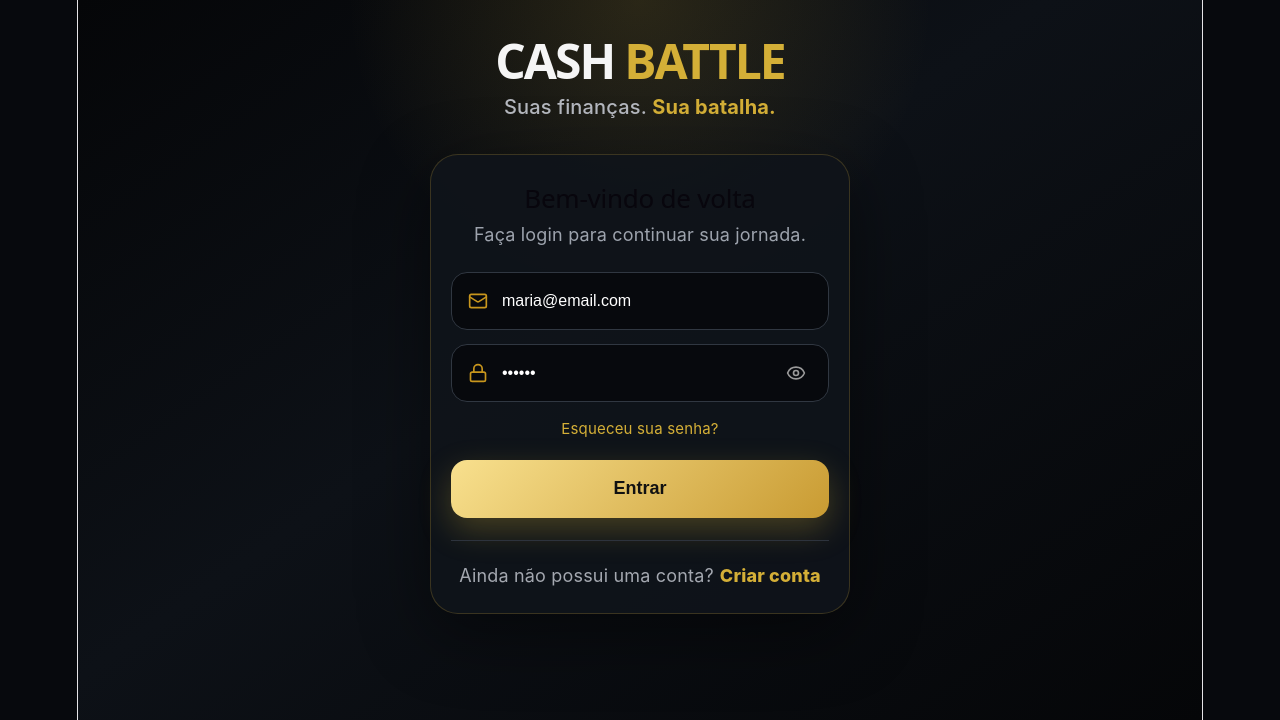
Repository: AxioDevStudio/CashBattle
Page: / (app in Frontend/)
An editor plug-in stored every save of this project. The page is shown before and after a run of saves, followed by the edit.
The browser window is 1280 px wide. The pictures show the whole page.
The project was rebuilt for these pictures with package versions that can differ from the ones it lists, and the page was loaded fresh each time. Also part of the build but not shown: Frontend/vite.config.js, Frontend/src/pages/Register.jsx, Frontend/src/pages/ForgotPassword.jsx, Frontend/src/pages/Dashboard.jsx.

Above is the page before, as saved 2026-06-26 13:32:02.

### Frontend/src/index.css
:root {
  --text: #6b6375;
  --text-h: #08060d;
  --bg: #fff;
  --border: #e5e4e7;
  --code-bg: #f4f3ec;
  --accent: #aa3bff;
  --accent-bg: rgba(170, 59, 255, 0.1);
  --accent-border: rgba(170, 59, 255, 0.5);
  --social-bg: rgba(244, 243, 236, 0.5);
  --shadow:
    rgba(0, 0, 0, 0.1) 0 10px 15px -3px, rgba(0, 0, 0, 0.05) 0 4px 6px -2px;

  --sans: system-ui, 'Segoe UI', Roboto, sans-serif;
  --heading: system-ui, 'Segoe UI', Roboto, sans-serif;
  --mono: ui-monospace, Consolas, monospace;

  font: 18px/145% var(--sans);
  letter-spacing: 0.18px;
  color-scheme: light dark;
  color: var(--text);
  background: var(--bg);
  font-synthesis: none;
  text-rendering: optimizeLegibility;
  -webkit-font-smoothing: antialiased;
  -moz-osx-font-smoothing: grayscale;

  @media (max-width: 1024px) {
    font-size: 16px;
  }
}

@media (prefers-color-scheme: dark) {
  :root {
    --text: #9ca3af;
    --text-h: #f3f4f6;
    --bg: #16171d;
    --border: #2e303a;
    --code-bg: #1f2028;
    --accent: #c084fc;
    --accent-bg: rgba(192, 132, 252, 0.15);
    --accent-border: rgba(192, 132, 252, 0.5);
    --social-bg: rgba(47, 48, 58, 0.5);
    --shadow:
      rgba(0, 0, 0, 0.4) 0 10px 15px -3px, rgba(0, 0, 0, 0.25) 0 4px 6px -2px;
  }

  #social .button-icon {
    filter: invert(1) brightness(2);
  }
}

body {
  margin: 0;
}

#root {
  width: 1126px;
  max-width: 100%;
  margin: 0 auto;
  text-align: center;
  border-inline: 1px solid var(--border);
  min-height: 100svh;
  display: flex;
  flex-direction: column;
  box-sizing: border-box;
}

h1,
h2 {
  font-family: var(--heading);
  font-weight: 500;
  color: var(--text-h);
}

h1 {
  font-size: 56px;
  letter-spacing: -1.68px;
  margin: 32px 0;
  @media (max-width: 1024px) {
    font-size: 36px;
    margin: 20px 0;
  }
}
h2 {
  font-size: 24px;
  line-height: 118%;
  letter-spacing: -0.24px;
  margin: 0 0 8px;
  @media (max-width: 1024px) {
    font-size: 20px;
  }
}
p {
  margin: 0;
}

code,
.counter {
  font-family: var(--mono);
  display: inline-flex;
  border-radius: 4px;
  color: var(--text-h);
}

code {
  font-size: 15px;
  line-height: 135%;
  padding: 4px 8px;
  background: var(--code-bg);
}

### Frontend/src/App.jsx
import { BrowserRouter, Routes, Route, Navigate } from "react-router-dom";

import Login from "./pages/Login";
import Register from "./pages/Register";
import ForgotPassword from "./pages/ForgotPassword";
import Dashboard from "./pages/Dashboard";

function App() {
    return (
        <BrowserRouter>
            <Routes>
                <Route path="/" element={<Navigate to="/login" />} />
                <Route path="/login" element={<Login />} />
                <Route path="/register" element={<Register />} />
                <Route path="/forgot-password" element={<ForgotPassword />} />
                <Route path="/dashboard" element={<Dashboard />} />
            </Routes>
        </BrowserRouter>
    );
}

export default App;

### Frontend/src/pages/Login.jsx
import { useState } from "react";
import { Link, useNavigate } from "react-router-dom";
import { Mail, Lock, Eye, EyeOff, Trophy } from "lucide-react";

import api from "../services/api";
import "../styles/login.css";

function Login() {
    const navigate = useNavigate();

    const [email, setEmail] = useState("maria@email.com");
    const [password, setPassword] = useState("123456");
    const [showPassword, setShowPassword] = useState(false);
    const [error, setError] = useState("");
    const [loading, setLoading] = useState(false);

    async function handleLogin(event) {
        event.preventDefault();

        setError("");
        setLoading(true);

        try {
            const response = await api.post("/auth/login", {
                email,
                password,
            });

            const { token, user } = response.data;

            localStorage.setItem("cashbattle_token", token);
            localStorage.setItem("cashbattle_user", JSON.stringify(user));

            navigate("/dashboard");
        } catch (err) {
            setError(err.response?.data?.error || "Não foi possível entrar.");
        } finally {
            setLoading(false);
        }
    }

    return (
        <main className="login-page">
            <section className="login-header">

                <h1 className="logo-title">
                    CASH <span>BATTLE</span>
                </h1>

                <p>
                    Suas finanças. <strong>Sua batalha.</strong>
                </p>
            </section>

            <section className="login-card">
                <h2>Bem-vindo de volta</h2>
                <p className="subtitle">Faça login para continuar sua jornada.</p>

                <form onSubmit={handleLogin}>
                    <div className="input-box">
                        <Mail size={20} className="input-icon" />

                        <input
                            type="email"
                            placeholder="Email"
                            value={email}
                            onChange={(e) => setEmail(e.target.value)}
                        />
                    </div>

                    <div className="input-box">
                        <Lock size={20} className="input-icon" />

                        <input
                            type={showPassword ? "text" : "password"}
                            placeholder="Senha"
                            value={password}
                            onChange={(e) => setPassword(e.target.value)}
                        />

                        <button
                            type="button"
                            className="eye-button"
                            onClick={() => setShowPassword(!showPassword)}
                        >
                            {showPassword ? <EyeOff size={20} /> : <Eye size={20} />}
                        </button>
                    </div>

                    <Link to="/forgot-password" className="forgot">
                        Esqueceu sua senha?
                    </Link>

                    {error && <span className="error">{error}</span>}

                    <button className="login-button" type="submit" disabled={loading}>
                        {loading ? "Entrando..." : "Entrar"}
                    </button>
                </form>

                <div className="divider">
                    <span></span>
                </div>

                <p className="create-account">
                    Ainda não possui uma conta?
                    <Link to="/register">Criar conta</Link>
                </p>
            </section>
        </main>
    );
}

export default Login;

### Frontend/src/services/api.js
import axios from "axios";

const api = axios.create({
    baseURL: "http://localhost:3001",
});

export default api;

### Frontend/src/styles/login.css
* {
    box-sizing: border-box;
}

body {
    margin: 0;
    font-family: Inter, Arial, Helvetica, sans-serif;
    background: #07090d;
    color: #ffffff;
}

.login-page {
    min-height: 100vh;
    padding: 36px 18px 22px;
    display: flex;
    flex-direction: column;
    align-items: center;
    background:
        radial-gradient(circle at top, rgba(212, 175, 55, 0.16), transparent 32%),
        linear-gradient(145deg, #050608 0%, #0d1117 45%, #050608 100%);
}

.login-header {
    width: 100%;
    max-width: 420px;
    text-align: center;
    margin-top: 12px;
}

.logo-badge {
    width: 92px;
    height: 92px;
    margin: 0 auto 18px;
    border-radius: 28px;
    display: flex;
    align-items: center;
    justify-content: center;
    font-size: 48px;
    color: #121212;
    background: linear-gradient(145deg, #f8e08e, #b88928);
    box-shadow: 0 18px 45px rgba(212, 175, 55, 0.22);
}

.logo-title {
    display: flex;
    justify-content: center;
    align-items: center;
    gap: 10px;

    margin: 0;

    font-size: 48px;
    font-weight: 900;
    letter-spacing: -2px;
    color: #f5f5f5;
}

.logo-title span {
    color: #d4af37;
}

.login-header p {
    margin: 18px 0 32px;
    color: #b5b8bf;
    font-size: 20px;
    font-weight: 500;
    line-height: 1.5;
}

.login-header p strong {
    color: #d4af37;
    font-weight: 700;
}

.login-card {
    width: 100%;
    max-width: 420px;
    padding: 28px 20px 24px;
    border-radius: 28px;
    background: rgba(16, 20, 27, 0.92);
    border: 1px solid rgba(212, 175, 55, 0.22);
    box-shadow: 0 20px 70px rgba(0, 0, 0, 0.45);
}

.login-card h2 {
    margin: 0;
    text-align: center;
    font-size: 26px;
}

.subtitle {
    text-align: center;
    color: #9da3ad;
    margin: 8px 0 24px;
}

.input-box {
    height: 58px;
    display: flex;
    align-items: center;
    gap: 12px;
    margin-bottom: 14px;
    padding: 0 16px;
    border-radius: 16px;
    border: 1px solid #303741;
    background: rgba(5, 7, 10, 0.8);
}

.input-box:focus-within {
    border-color: #d4af37;
    box-shadow: 0 0 0 3px rgba(212, 175, 55, 0.12);
}

.input-box span {
    color: #d4af37;
    font-size: 18px;
}

.input-box input {
    flex: 1;
    border: none;
    outline: none;
    background: transparent;
    color: #ffffff;
    font-size: 16px;
}

.input-box input::placeholder {
    color: #8f949d;
}

.forgot {
    width: 100%;
    margin: 4px 0 18px;
    border: none;
    background: none;
    color: #d4af37;
    font-size: 15px;
    cursor: pointer;
}

.brand-icon {
    width: 82px;
    height: 82px;

    margin: 0 auto 22px;

    border-radius: 22px;

    display: flex;
    align-items: center;
    justify-content: center;

    background: linear-gradient(
        135deg,
        #f4d06f,
        #c8961d
    );

    color: #111;

    box-shadow:
        0 12px 35px rgba(212,175,55,.25);
}

.input-icon {
    color: #c8961d;
    flex-shrink: 0;
}

.eye-button {
    border: none;
    background: transparent;
    cursor: pointer;

    display: flex;
    align-items: center;
    justify-content: center;

    color: #9a9a9a;
}

.eye-button:hover {
    color: #d4af37;
}

.create-account strong {
    cursor: pointer;
    margin-left: 6px;
}

.error {
    display: block;
    margin-bottom: 12px;
    color: #ff6b6b;
    text-align: center;
    font-size: 14px;
}

.login-button {
    width: 100%;
    height: 58px;
    border: none;
    border-radius: 16px;
    background: linear-gradient(135deg, #f8e08e, #c99b32);
    color: #111111;
    font-size: 18px;
    font-weight: 900;
    cursor: pointer;
    box-shadow: 0 12px 32px rgba(212, 175, 55, 0.28);
}

.login-button:disabled {
    opacity: 0.65;
    cursor: not-allowed;
}

.divider {
    margin: 22px 0 18px;
    display: flex;
    align-items: center;
    gap: 12px;
    color: #8f949d;
}

.divider span {
    flex: 1;
    height: 1px;
    background: #2d333d;
}

.divider p {
    margin: 0;
    font-size: 14px;
}

.social-buttons {
    display: grid;
    grid-template-columns: 1fr 1fr;
    gap: 12px;
}

.social-buttons button {
    height: 54px;
    border-radius: 15px;
    border: 1px solid #303741;
    background: rgba(5, 7, 10, 0.65);
    color: #ffffff;
    font-weight: 700;
    font-size: 15px;
}

.create-account {
    margin: 22px 0 0;
    text-align: center;
    color: #a4a8b0;
}

.create-account strong {
    color: #d4af37;
}

.features {
    width: 100%;
    max-width: 420px;
    margin-top: 26px;
    display: grid;
    grid-template-columns: repeat(3, 1fr);
    gap: 10px;
    text-align: center;
}

.features span {
    font-size: 26px;
}

.features h3 {
    margin: 8px 0 4px;
    font-size: 15px;
}

.features p {
    margin: 0;
    color: #9da3ad;
    font-size: 12px;
    line-height: 1.35;
}

.security {
    margin: 22px 0 0;
    color: #8f949d;
    font-size: 13px;
    text-align: center;
}

@media (max-width: 380px) {
    .login-header h1 {
        font-size: 40px;
    }

    .logo-badge {
        width: 78px;
        height: 78px;
        font-size: 40px;
    }

    .login-card {
        padding: 24px 16px;
    }
}

.create-account a {
    color: #d4af37;
    font-weight: 800;
    margin-left: 6px;
    text-decoration: none;
}

.create-account a:hover {
    text-decoration: underline;
}

.forgot {
    display: block;
    width: fit-content;
    margin: 4px auto 18px;
    border: none;
    background: none;
    color: #d4af37;
    font-size: 15px;
    text-decoration: none;
    cursor: pointer;
}

.success {
    display: block;
    margin-bottom: 12px;
    color: #62d394;
    text-align: center;
    font-size: 14px;
}

Loaded but not shown: Frontend/src/main.jsx (common file)

After the next 3 saves:
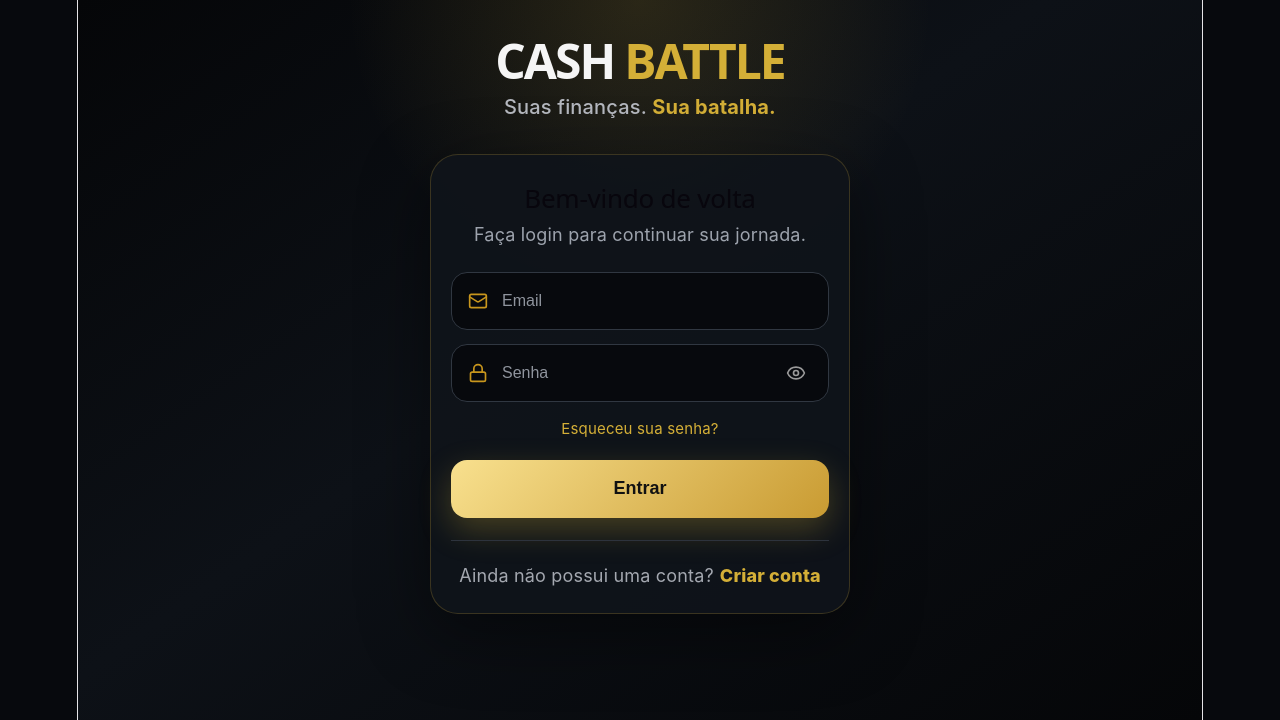
The 3 saves are shown as one change because they came seconds apart.
The last was saved 2 min 0 s later.
--- a/Frontend/src/pages/Login.jsx
+++ b/Frontend/src/pages/Login.jsx
@@ -8,8 +8,8 @@
 function Login() {
     const navigate = useNavigate();
 
-    const [email, setEmail] = useState("maria@email.com");
-    const [password, setPassword] = useState("123456");
+    const [email, setEmail] = useState("");
+    const [password, setPassword] = useState("");
     const [showPassword, setShowPassword] = useState(false);
     const [error, setError] = useState("");
     const [loading, setLoading] = useState(false);
